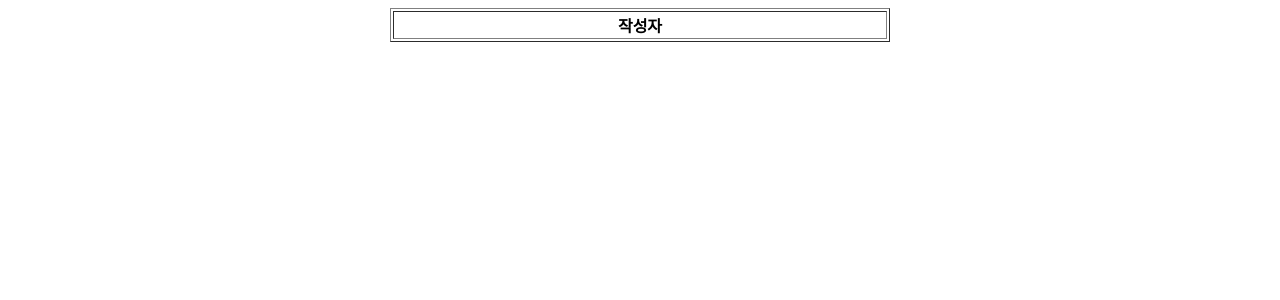
Repository: sgnq008-tech/JSP
Page: jsp_workspace/WebProject/src/main/webapp/bbs/write.html
These files come from the project's save history. The page is drawn as it stood at one moment and after the next save; the edit follows.
The browser window is 1280 px wide. The pictures show the whole page.

Above is the page before, as saved 2026-09-09 02:39:39.

### jsp_workspace/WebProject/src/main/webapp/bbs/write.html
<!DOCTYPE html>
<html>
<head>
<meta charset="EUC-KR">
<title>방명록</title>
</head>
<body>
<form action="/VisitInsert" method="post">
                 <table align="center" width ="500" border="1">
                    <tr>
                         <th width="70">작성자</th>

                    </tr>

                 </table>


</form>
</body>
</html>

After the next save:
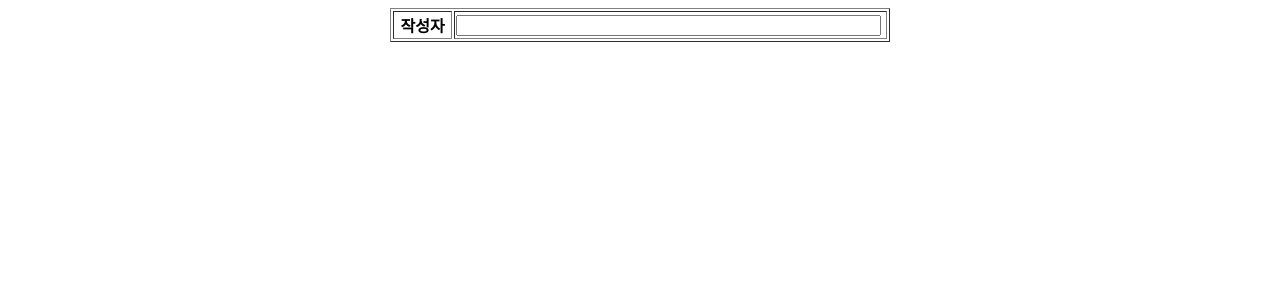
Saved 88 s later.
--- a/jsp_workspace/WebProject/src/main/webapp/bbs/write.html
+++ b/jsp_workspace/WebProject/src/main/webapp/bbs/write.html
@@ -9,7 +9,10 @@
                  <table align="center" width ="500" border="1">
                     <tr>
                          <th width="70">작성자</th>
+                         <td width="430">
+                            <input type="text" name="writer" size="50">
 
+                         </td>
                     </tr>
 
                  </table>
